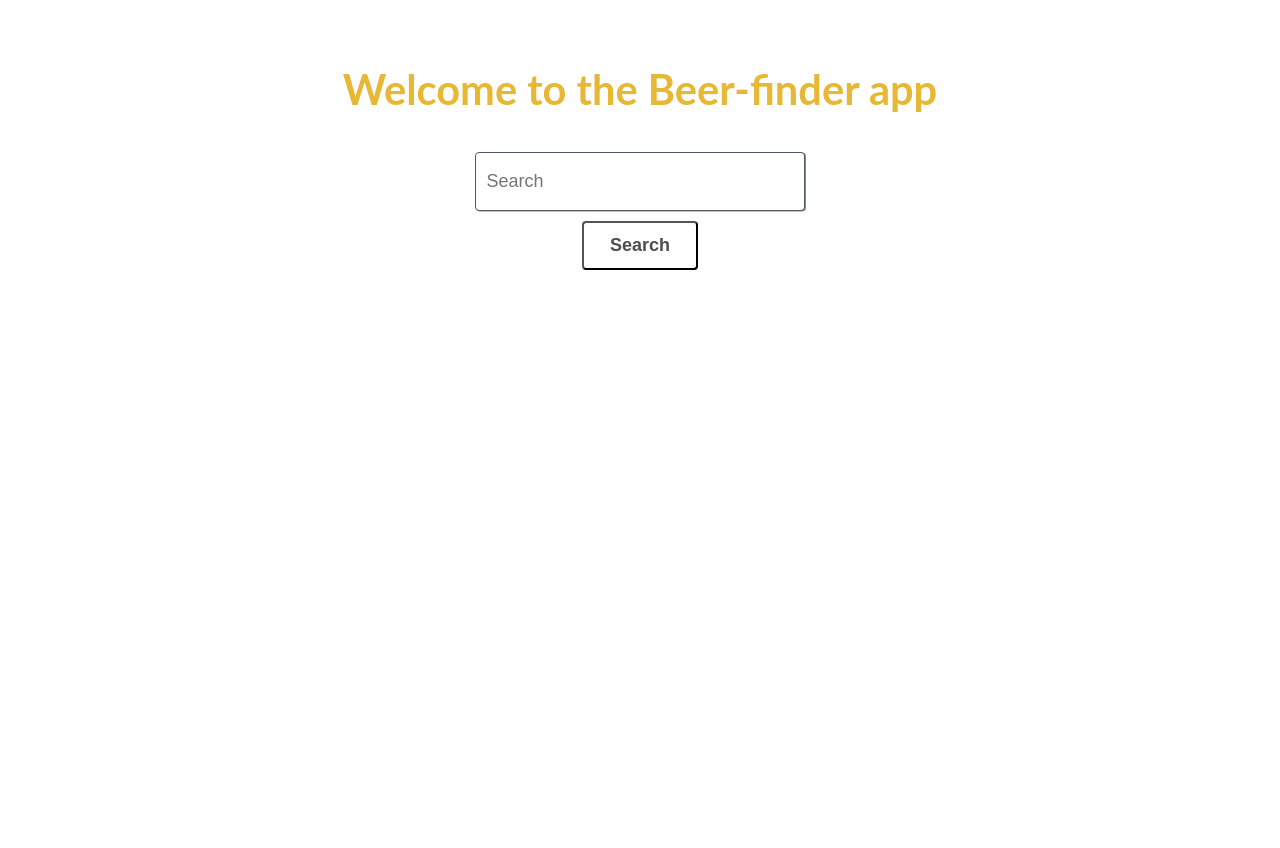
Repository: marcinszymaszek/beer-finder
Page: /
The author's editor kept a copy of each file at every save. The page is drawn from the files as they stood at one save, then again after the next save.
The browser window is 1280 px wide. The pictures show the whole page.
The project was rebuilt for these pictures with package versions that can differ from the ones it lists, and the page was loaded fresh each time.

Above is the page before, as saved 2020-05-10 21:20:31.

### public/index.html
<!DOCTYPE html>
<html lang="en">
  <head>
    <meta charset="utf-8" />
    <link rel="icon" href="%PUBLIC_URL%/favicon.ico" />
    <meta name="viewport" content="width=device-width, initial-scale=1" />
    <meta name="theme-color" content="#000000" />
    <meta
      name="description"
      content="Web site created using create-react-app"
    />
    <link rel="apple-touch-icon" href="%PUBLIC_URL%/logo192.png" />
    <!--
      manifest.json provides metadata used when your web app is installed on a
      user's mobile device or desktop. See https://developers.google.com/web/fundamentals/web-app-manifest/
    -->
    <link rel="manifest" href="%PUBLIC_URL%/manifest.json" />
    <!--
      Notice the use of %PUBLIC_URL% in the tags above.
      It will be replaced with the URL of the `public` folder during the build.
      Only files inside the `public` folder can be referenced from the HTML.

      Unlike "/favicon.ico" or "favicon.ico", "%PUBLIC_URL%/favicon.ico" will
      work correctly both with client-side routing and a non-root public URL.
      Learn how to configure a non-root public URL by running `npm run build`.
    -->
    <title>Beer-finder App</title>
  </head>
  <body>
    <noscript>You need to enable JavaScript to run this app.</noscript>
    <div id="root"></div>
    <!--
      This HTML file is a template.
      If you open it directly in the browser, you will see an empty page.

      You can add webfonts, meta tags, or analytics to this file.
      The build step will place the bundled scripts into the <body> tag.

      To begin the development, run `npm start` or `yarn start`.
      To create a production bundle, use `npm run build` or `yarn build`.
    -->
  </body>
</html>

### src/index.js
import React from 'react';
import ReactDOM from 'react-dom';
import './index.css';
import App from './components/main/App';
import * as serviceWorker from './serviceWorker';

ReactDOM.render(
  <React.StrictMode>
    <App />
  </React.StrictMode>,
  document.getElementById('root')
);

// If you want your app to work offline and load faster, you can change
// unregister() to register() below. Note this comes with some pitfalls.
// Learn more about service workers: https://bit.ly/CRA-PWA
serviceWorker.unregister();

### src/components/main/App.js
import React, { useState, useEffect } from 'react';
import './App.css';
import Search from '../search/Search'


const App = () => {

  return (
    <div className="main-container">
      <h1 className="app-title">Welcome to the Beer-finder app</h1>
      <Search />


    </div>
  );
}

export default App;

### src/components/main/App.css
.main-container {
  font-family: Lato, sans-serif;
  font-size: 1.5em;
  height: 100vh;
  line-height: 20px;
  font-size: 1.3rem;
  text-align: center;
  margin: 5% 20%;
  color: #e7b835;
}

.app-title{
  line-height: normal;
}

@media (max-width: 790px)  {
  .main-container  {
    font-size: 1.2em;
  }
}

@media (max-width: 580px)  {
  .main-container  {
    height: auto;
    margin-bottom: 20%;
    margin-left: 15%;
    margin-right: 15%;
  }
}

### src/components/search/Search.js
import React, { useState, useEffect } from 'react';
import './Search.css';


const Search = () => {

    const [numberOfUsers, setNumberOfUsers] = useState();

    return (
        <div className="inline-container">
            <div className="input-container">
                <input name="text" type="text" placeholder="Search" />
            </div>
            <button>Search</button>
        </div>
    )
}

export default Search;

### src/components/search/Search.css
.inline-container {
    display: flex;
    flex-flow: wrap;
    align-content: center;
    align-items: stretch;
    justify-content: space-around;
}

input {
    width: 40%;
    margin: 10px;
    padding: 18px 10px;
    border-radius: 4px;
    border: 1px solid #4e5766;
    box-shadow: 1px 0.5px #888888;
    font-size: 18px;
}

.input-container{
    width: 100%;
}

    button {
        padding: 12px 10px;
        width: 15%;
        border-radius: 4px;
        background-color: #ffffff;
        color: #4d4d4d;
        cursor: pointer;
        font-size: 18px;
        font-weight: 700;
    }


@media (max-width: 790px)  {

    button {
        width: 40%;
    }

    input {
        width: 80%;
    }

    .inline-container {
        justify-content: space-evenly;
    }
}

@media (max-width: 580px)  {
    input {
        width: 100%;
        margin: 20px 0px;
        padding: 18px 10px;
    }

    button {
        width: 100%;
    }
  }

Loaded but not shown: src/index.css (common file); src/serviceWorker.js (common file)

After the next save:
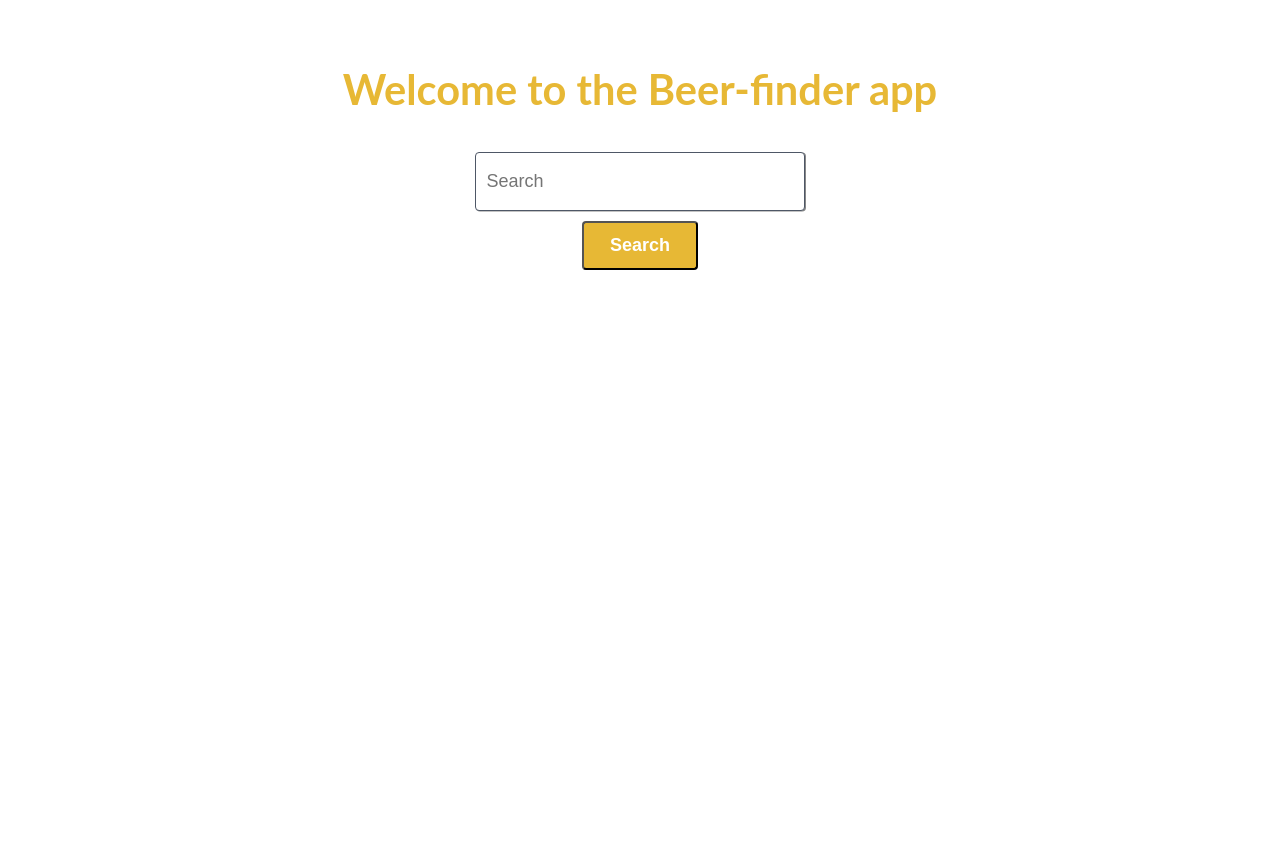
Saved 7 s later.
--- a/src/components/search/Search.css
+++ b/src/components/search/Search.css
@@ -24,8 +24,8 @@ input {
         padding: 12px 10px;
         width: 15%;
         border-radius: 4px;
-        background-color: #ffffff;
-        color: #4d4d4d;
+        background-color: #e7b835;
+        color: #ffffff;
         cursor: pointer;
         font-size: 18px;
         font-weight: 700;
